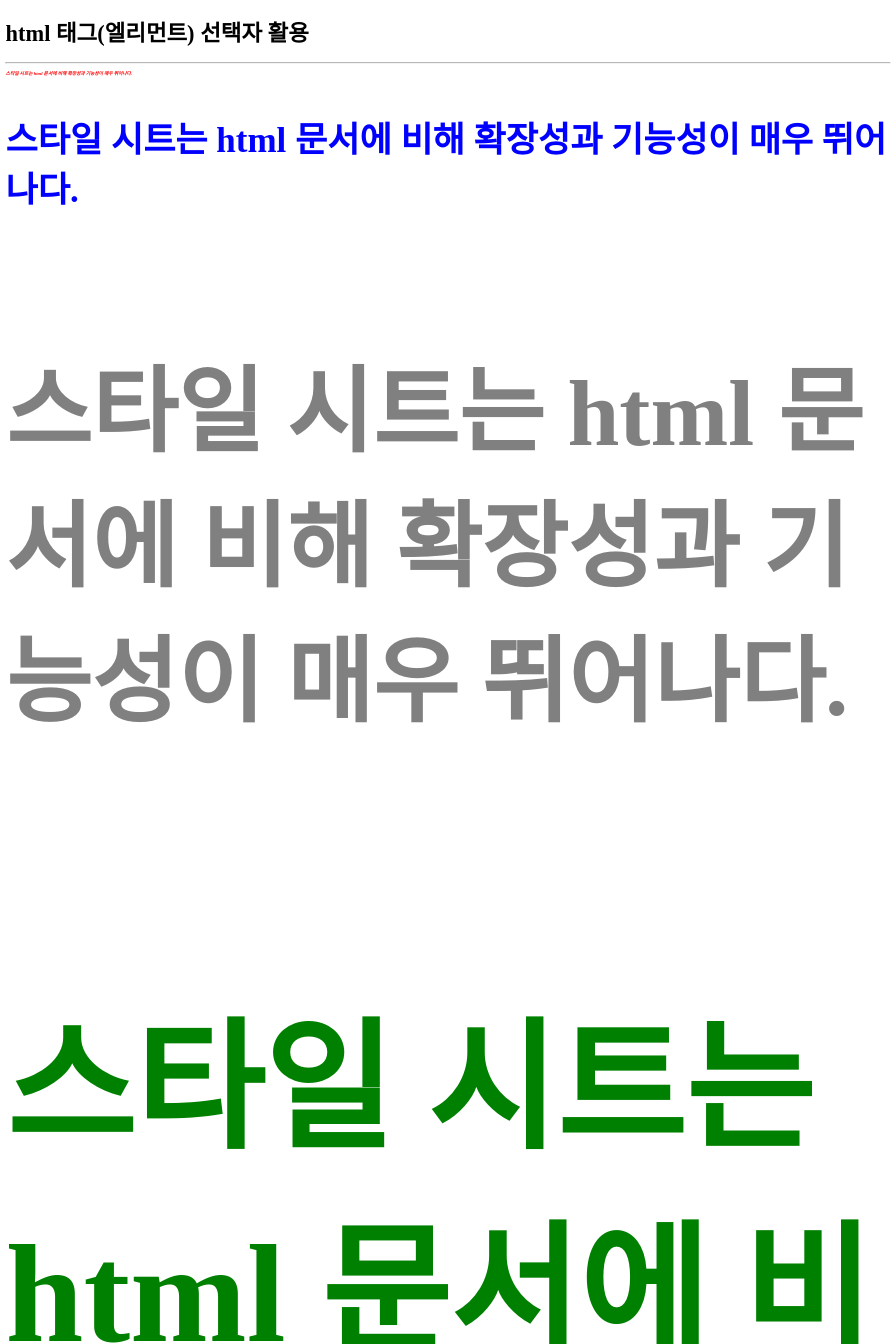
Repository: lolsoyeon/WebStudy
Page: WebApp02/WebContent/Test002.html
These files come from the project's save history. The page is drawn as it stood at one moment and after the next save; the edit follows.
The browser window is 1280 px wide. The pictures show the part of the page from y = 0 to 1920 px (the page is 6788 px tall), at 70% of full size.

Above is the page before, as saved 2022-09-28 01:23:11.

### WebApp02/WebContent/Test002.html
<!DOCTYPE html>
<html>
<head>
<meta charset="UTF-8">
<title>Test002.html</title>

<style type="text/css">

	h2 {font-size: 5pt; color: red; font-style:italic;}
	h3 {font-size: 50px; color: blue;}
	h4 {font-size: 100pt; color: gray;}
	h5 {font-size: 150pt; color: green;}
	h6 {font-size: 200pt; color: orange;}

</style>

</head>
<body>

<div>
	<h1>html 태그(엘리먼트) 선택자 활용</h1>
	<hr>
</div>

<div>
	<h2>스타일 시트는 html 문서에 비해 확장성과 기능성이 매우 뛰어나다.</h2>
	<h3>스타일 시트는 html 문서에 비해 확장성과 기능성이 매우 뛰어나다.</h3>
	<h4>스타일 시트는 html 문서에 비해 확장성과 기능성이 매우 뛰어나다.</h4>
	<h5>스타일 시트는 html 문서에 비해 확장성과 기능성이 매우 뛰어나다.</h5>
	<h6>스타일 시트는 html 문서에 비해 확장성과 기능성이 매우 뛰어나다.</h6>
</div>




</body>
</html>

After the next save:
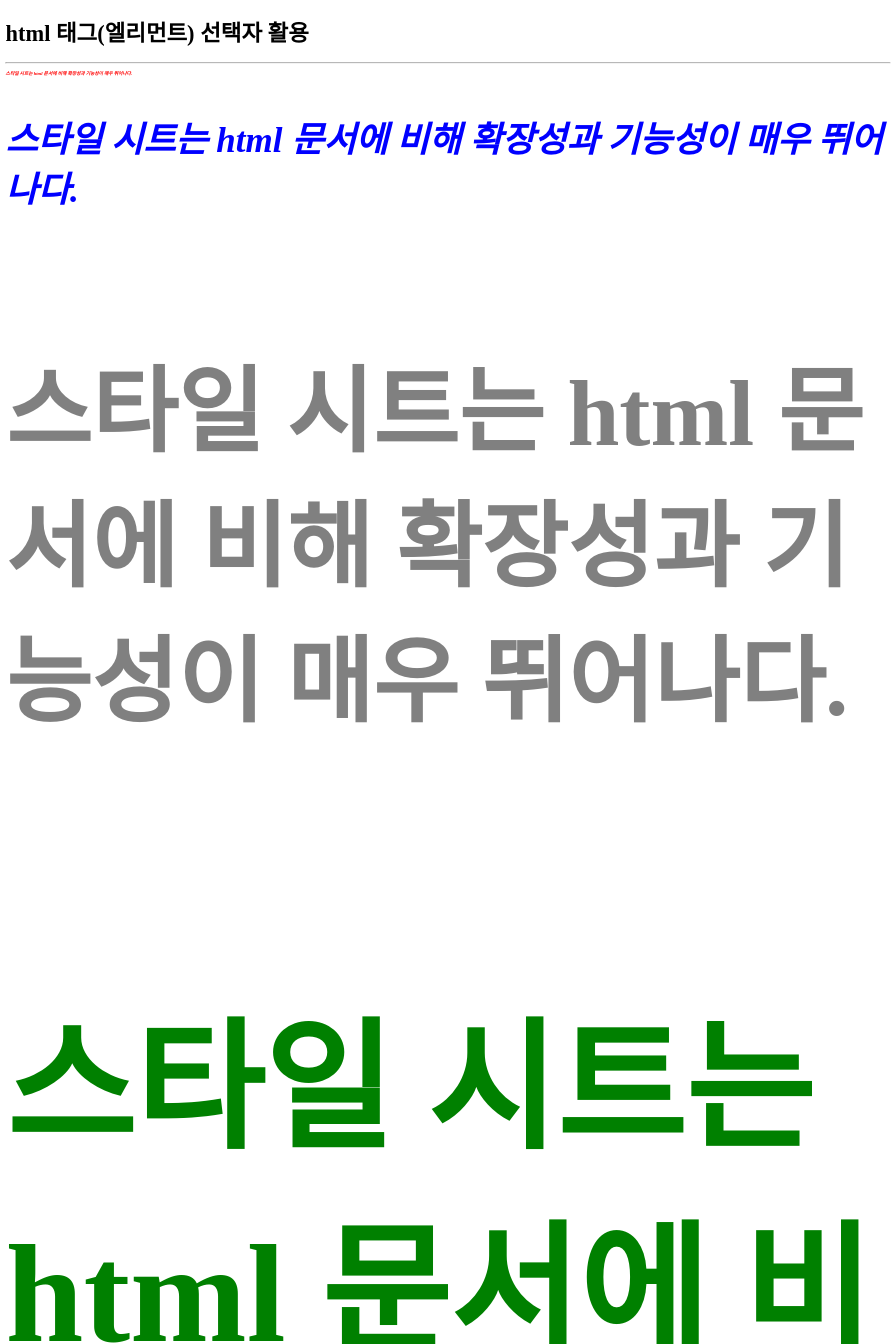
Saved 15 s later.
--- a/WebApp02/WebContent/Test002.html
+++ b/WebApp02/WebContent/Test002.html
@@ -7,7 +7,7 @@
 <style type="text/css">
 
 	h2 {font-size: 5pt; color: red; font-style:italic;}
-	h3 {font-size: 50px; color: blue;}
+	h3 {font-size: 50px; color: blue; font-style: italic;}
 	h4 {font-size: 100pt; color: gray;}
 	h5 {font-size: 150pt; color: green;}
 	h6 {font-size: 200pt; color: orange;}
